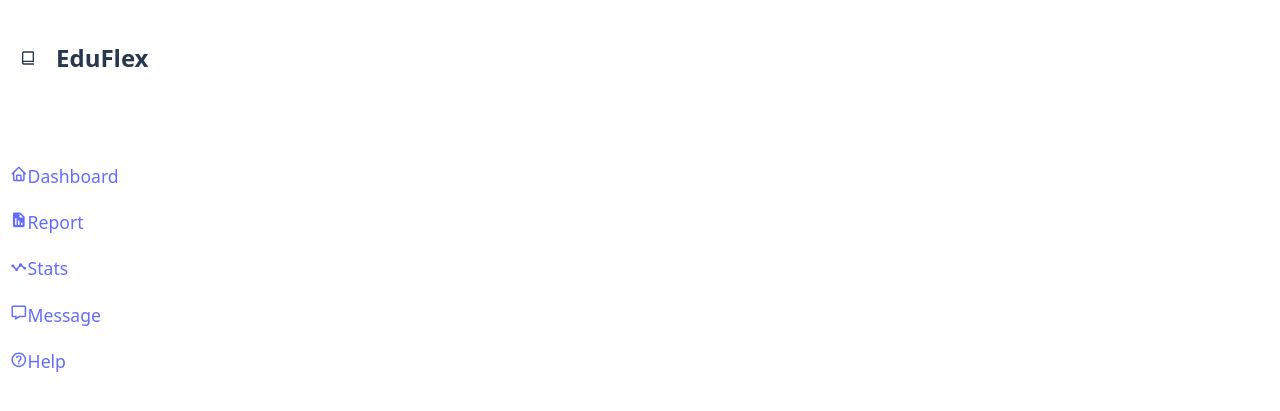
Repository: gogg23/react-dash
Page: /
These files come from the project's save history. The page is drawn as it stood at one moment and after the next save; the edit follows.
The browser window is 1280 px wide. The pictures show the whole page.
The project was rebuilt for these pictures with package versions that can differ from the ones it lists, and the page was loaded fresh each time. Also part of the build but not shown: vite.config.js.

Above is the page before, as saved 2025-03-10 19:46:22.

### src/App.jsx
import React from 'react';
import Sidebar from './components/Sidebar';

const App = () => {
  return (
    <div className='dashboard'>
      <Sidebar />
    </div>
  );
};

export default App;

### src/components/Sidebar.jsx
import React from 'react';
import {
  BiHome,
  BiBookAlt,
  BiMessage,
  BiSolidReport,
  BiStats,
  BiHelpCircle,
} from 'react-icons/bi';
import '../styles/Sidebar.css';
const Sidebar = () => {
  return (
    <div className='menu'>
      <div className='logo'>
        <BiBookAlt className='logo-icon' />
        <h2>EduFlex</h2>
      </div>

      <div className='menu--items'>
        <a href='' className='item'>
          <BiHome />
          Dashboard
        </a>
        <a href='' className='item'>
          <BiSolidReport />
          Report
        </a>
        <a href='' className='item'>
          <BiStats />
          Stats
        </a>
        <a href='' className='item'>
          <BiMessage />
          Message
        </a>
        <a href='' className='item'>
          <BiHelpCircle />
          Help
        </a>
      </div>
    </div>
  );
};

export default Sidebar;

### src/styles/sidebar.css
.menu {
  display: flex;
  flex-direction: column;
  gap: 2.3rem;
  height: 94vh;
}
.logo {
  text-align: center;
  padding: 20px;
  color: #27374d;
  align-items: center;
  display: flex;
  gap: 20px;
}

.logo .icon {
  font-size: 1.4rem;
}

.menu--items {
  display: flex;
  flex-direction: column;
  gap: 20px;
  font-size: 1.1rem;
  text-decoration: none;
  font-weight: 600;
  padding: 10px;
  border-radius: 10px;
  transition: 0.3s ease-in-out;
  color: 27374d;
}

.menu--items .item:hover {
  background-color: #27374d;
  color: #dde6ed;
}

Loaded but not shown: index.html (common file); src/main.jsx (common file); src/index.css (common file)

After the next save:
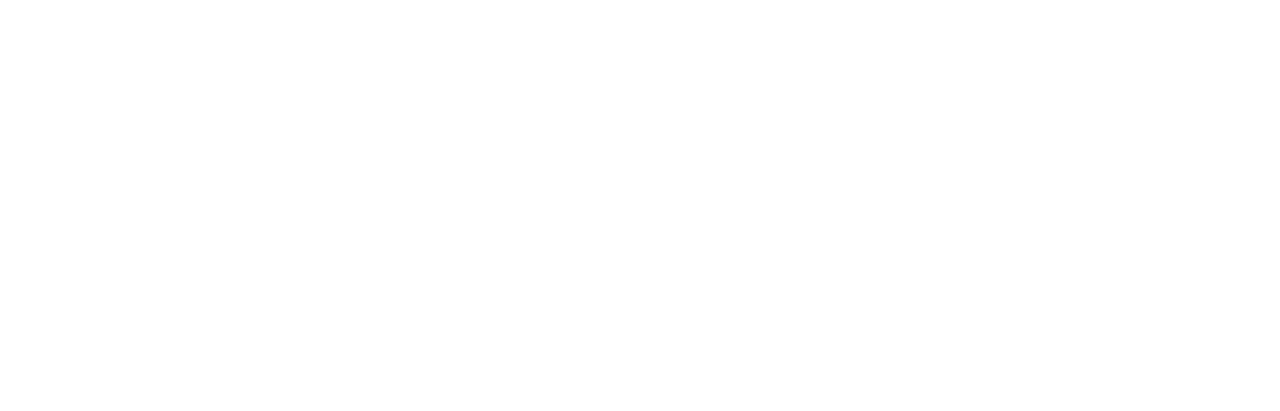
Console error: ReferenceError: BiAssignment is not defined
Saved 4 min 39 s later.
--- a/src/components/Sidebar.jsx
+++ b/src/components/Sidebar.jsx
@@ -22,6 +22,10 @@
           Dashboard
         </a>
         <a href='' className='item'>
+          <BiAssignment />
+          Assignments
+        </a>
+        <a href='' className='item'>
           <BiSolidReport />
           Report
         </a>

After the 2 saves that followed:
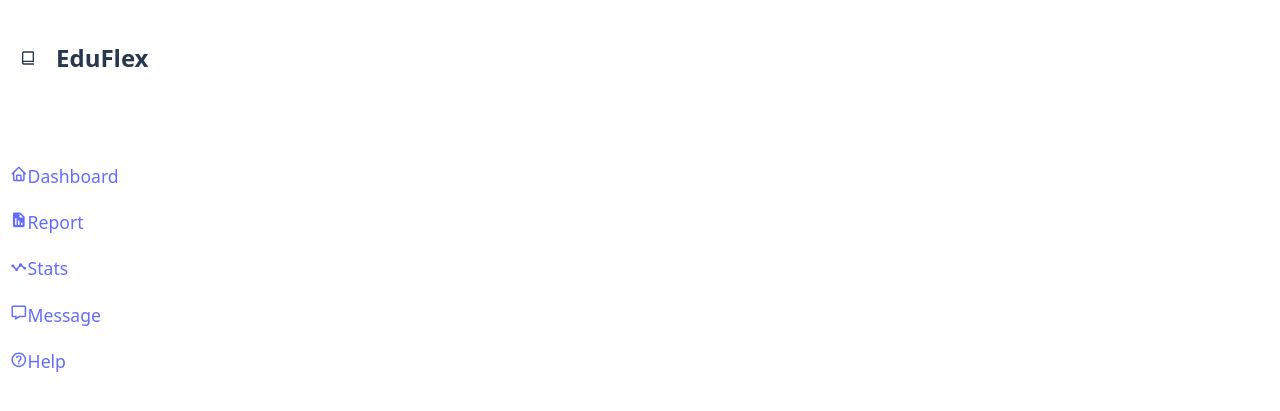
The error is gone.
The 2 saves are shown as one change because 1 left the picture as it was.
The last was saved 56 s later.
--- a/src/components/Sidebar.jsx
+++ b/src/components/Sidebar.jsx
@@ -21,10 +21,7 @@
           <BiHome />
           Dashboard
         </a>
-        <a href='' className='item'>
-          <BiAssignment />
-          Assignments
-        </a>
+
         <a href='' className='item'>
           <BiSolidReport />
           Report
